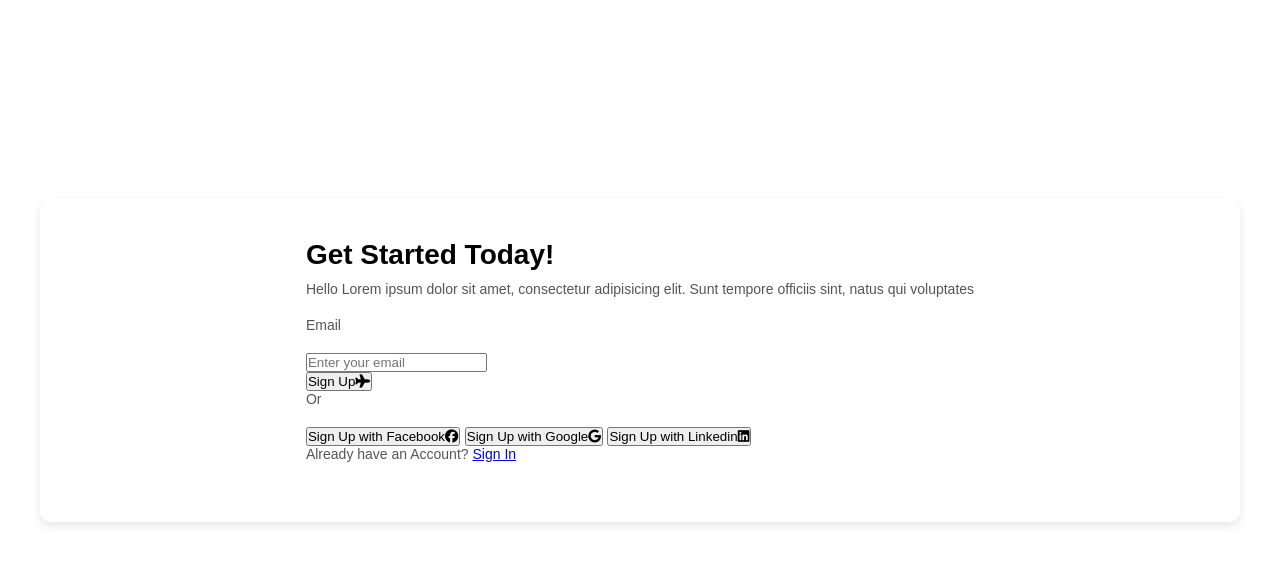
Repository: Femi007-gh/Login-V2
Page: index.html
The author's editor kept a copy of each file at every save. The page is drawn from the files as they stood at one save, then again after a run of saves.
The browser window is 1280 px wide. The pictures show the whole page.

Above is the page before, as saved 2025-01-27 07:02:02.

After the next 2 saves:
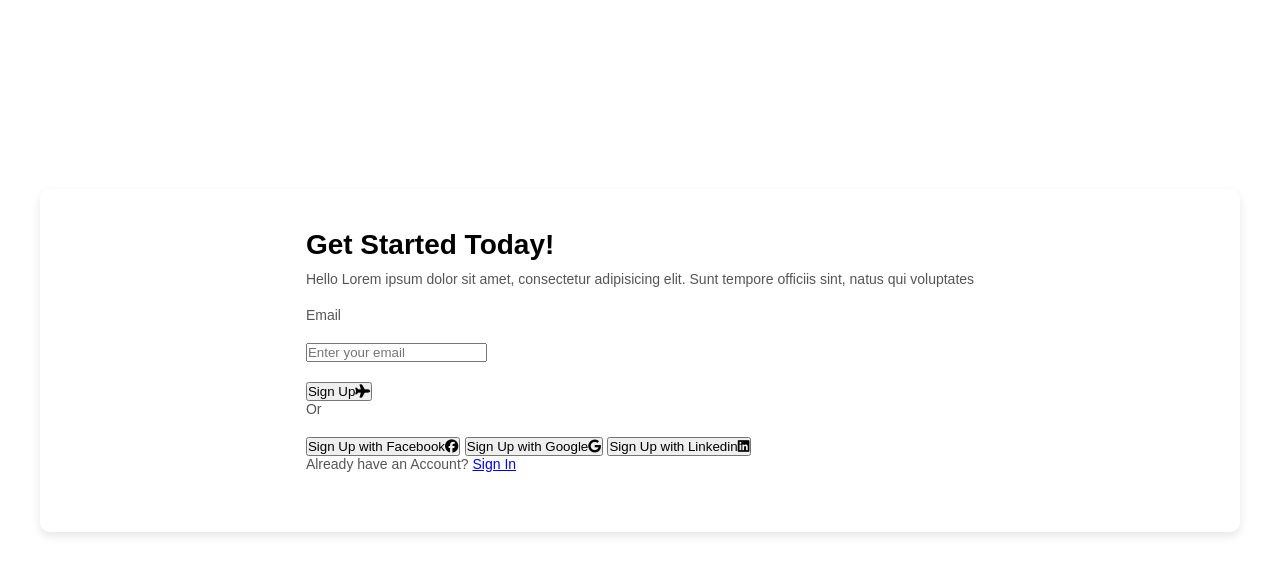
The 2 saves are shown as one change because they came seconds apart.
The last was saved 9 s later.
--- a/style.css
+++ b/style.css
@@ -43,5 +43,5 @@ p {
 }
 
 .input-group {
-  margin
+  margin-bottom: 20px;
 }
